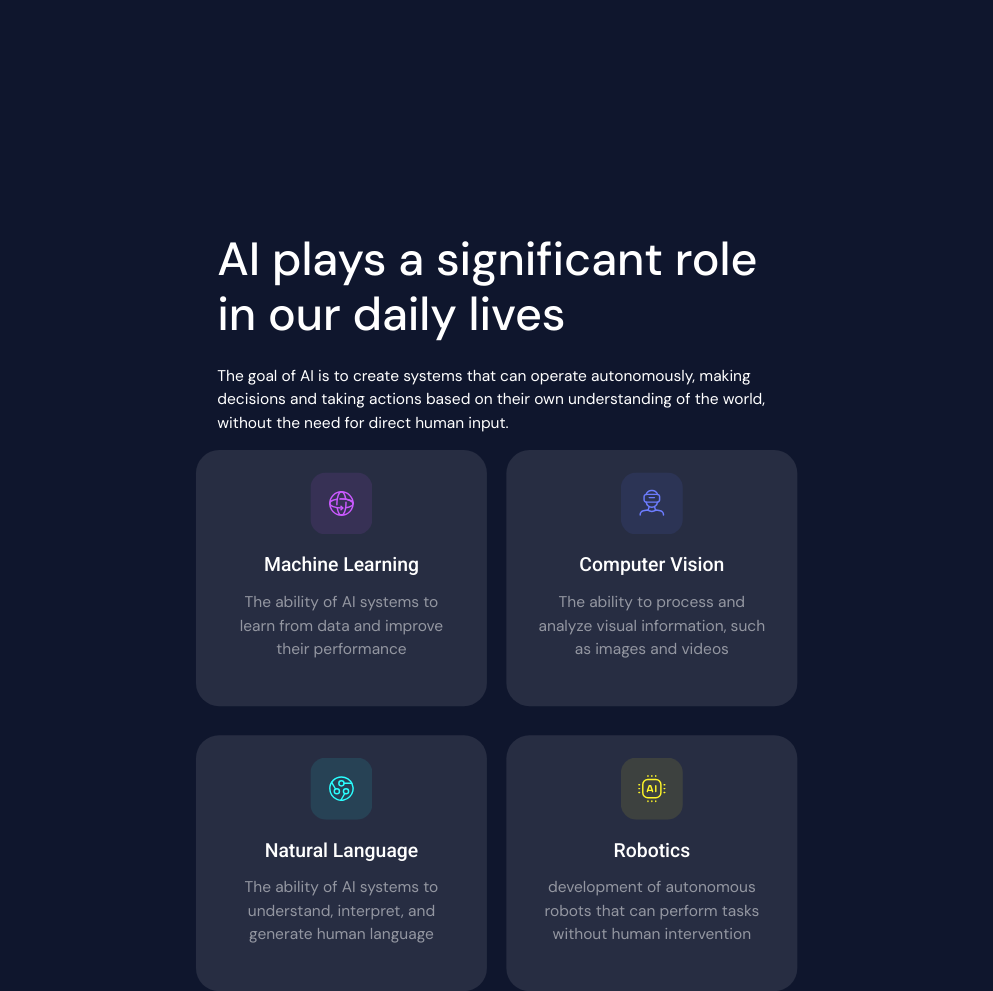
Repository: alphatra/INVO-Academy
Page: / (app in [lvl 1] Sekcja 4 obszarów AI/Starter-code/)
The author's editor kept a copy of each file at every save. The page is drawn from the files as they stood at one save, then again after the next save.
The browser window is 1024 px wide. The pictures show the whole page, at 97% of full size.
The project was rebuilt for these pictures with package versions that can differ from the ones it lists, and the page was loaded fresh each time.

Above is the page before, as saved 2023-02-24 00:01:24.
Console error: TypeError: Cannot read properties of null (reading 'addEventListener')

After the next save:
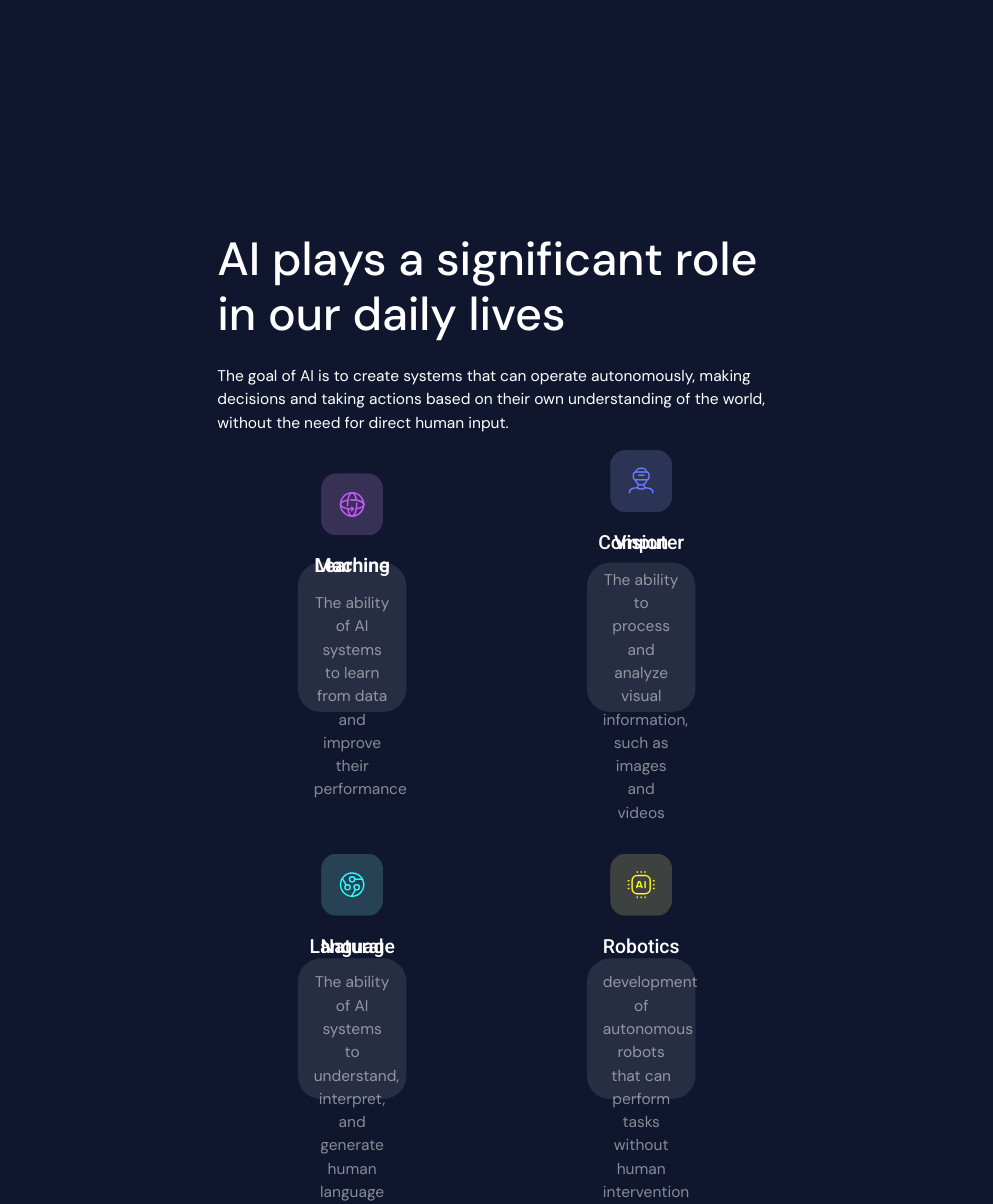
Saved 38 s later.
--- a/[lvl 1] Sekcja 4 obszarów AI/Starter-code/src/pages/home-page/styles/home-page.scss
+++ b/[lvl 1] Sekcja 4 obszarów AI/Starter-code/src/pages/home-page/styles/home-page.scss
@@ -102,9 +102,8 @@
 
         .categories__category {
             margin: auto;
-            padding-left: 16px;
-            padding-right: 16px;
-            padding-bottom: 24px;
+            min-width: 20%;
+            min-height: 20%;
         }
     }
 
